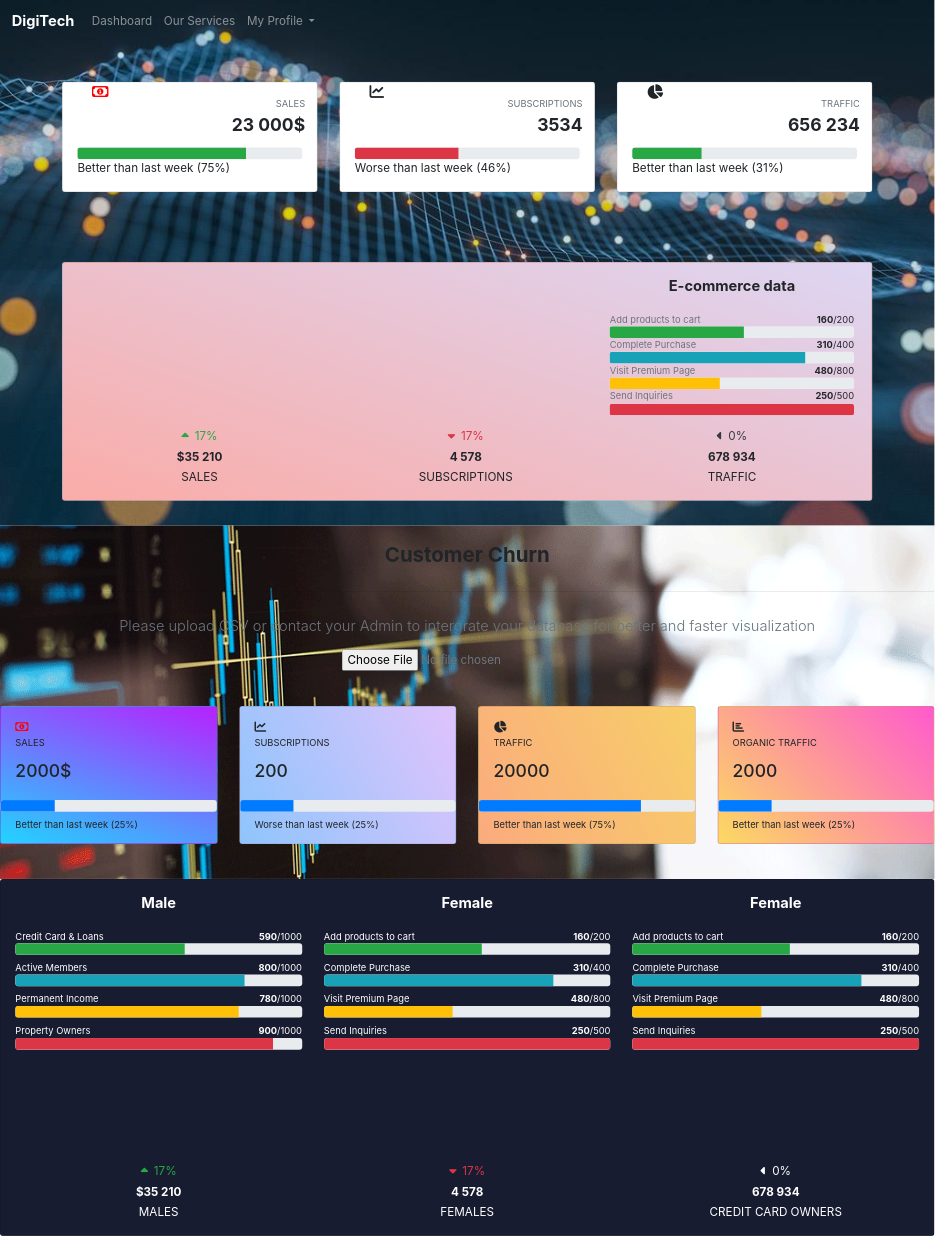
Repository: Tookliin/DigiTech
Page: /data
An editor plug-in stored every save of this project. The page is shown before and after the next save, followed by the edit.
The browser window is 1280 px wide. The page is 1295 px wide, so the pictures cover 1295 px, including what lies to the right of the window. The pictures show the whole page, at 73% of full size.
The project was rebuilt for these pictures with package versions that can differ from the ones it lists, and the page was loaded fresh each time. Also part of the build but not shown: src/components/Dashboard.vue, src/components/Profile.vue, src/components/Error.vue, src/components/Register.vue.

Above is the page before, as saved 2020-07-22 09:53:53.

After the next save:
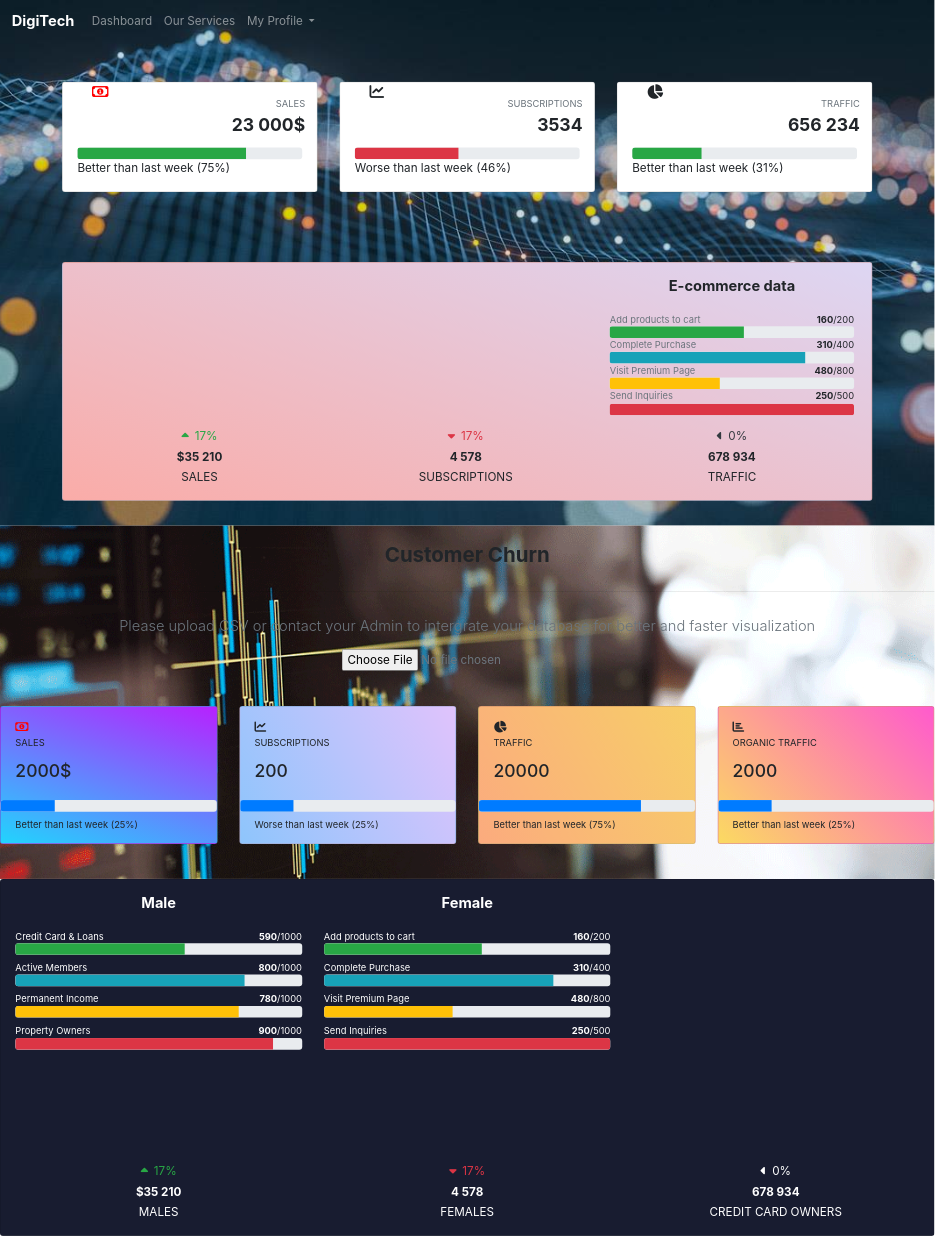
Saved 57 s later.
--- a/src/components/Organization.vue
+++ b/src/components/Organization.vue
@@ -259,48 +259,6 @@
           </div>
           <div class="progress md-progress">
             <div class="progress-bar bg-danger" role="progressbar" style="width: 90%" ></div>
-          </div>
-        </div>
-
-
-      <div class="col-md-4 mb-4">
-          <h5 class="text-center text-white font-weight-bold mb-4">Female</h5>
-          <div class="d-flex justify-content-between">
-            <small class="text-white">Add products to cart</small>
-            <small class="text-white"><span><strong>160</strong></span>/<span></span>200</small>
-          </div>
-          <div class="progress md-progress">
-            <div class="progress-bar bg-success" role="progressbar" style="width: 55%" aria-valuenow="55"
-              aria-valuemin="0" aria-valuemax="100"></div>
-          </div>
-
-          <div class="d-flex justify-content-between mt-2">
-            <small class="text-white">Complete Purchase</small>
-            <small class="text-white"><span><strong>310</strong></span>/<span></span>400</small>
-          </div>
-
-          <div class="progress md-progress">
-            <div class="progress-bar bg-info" role="progressbar" style="width: 80%" aria-valuenow="80" aria-valuemin="0"
-              aria-valuemax="100"></div>
-          </div>
-
-          <div class="d-flex justify-content-between mt-2">
-            <small class="text-white">Visit Premium Page</small>
-            <small class="text-white"><span><strong>480</strong></span>/<span></span>800</small>
-          </div>
-
-          <div class="progress md-progress">
-            <div class="progress-bar bg-warning" role="progressbar" style="width: 45%" aria-valuenow="45"
-              aria-valuemin="0" aria-valuemax="100"></div>
-          </div>
-
-          <div class="d-flex justify-content-between mt-2">
-            <small class="text-white">Send Inquiries</small>
-            <small class="text-white"><span><strong>250</strong></span>/<span></span>500</small>
-          </div>
-          <div class="progress md-progress">
-            <div class="progress-bar bg-danger" role="progressbar" style="width: 100%" aria-valuenow="100"
-              aria-valuemin="0" aria-valuemax="100"></div>
           </div>
         </div>
 

After the 4 saves that followed:
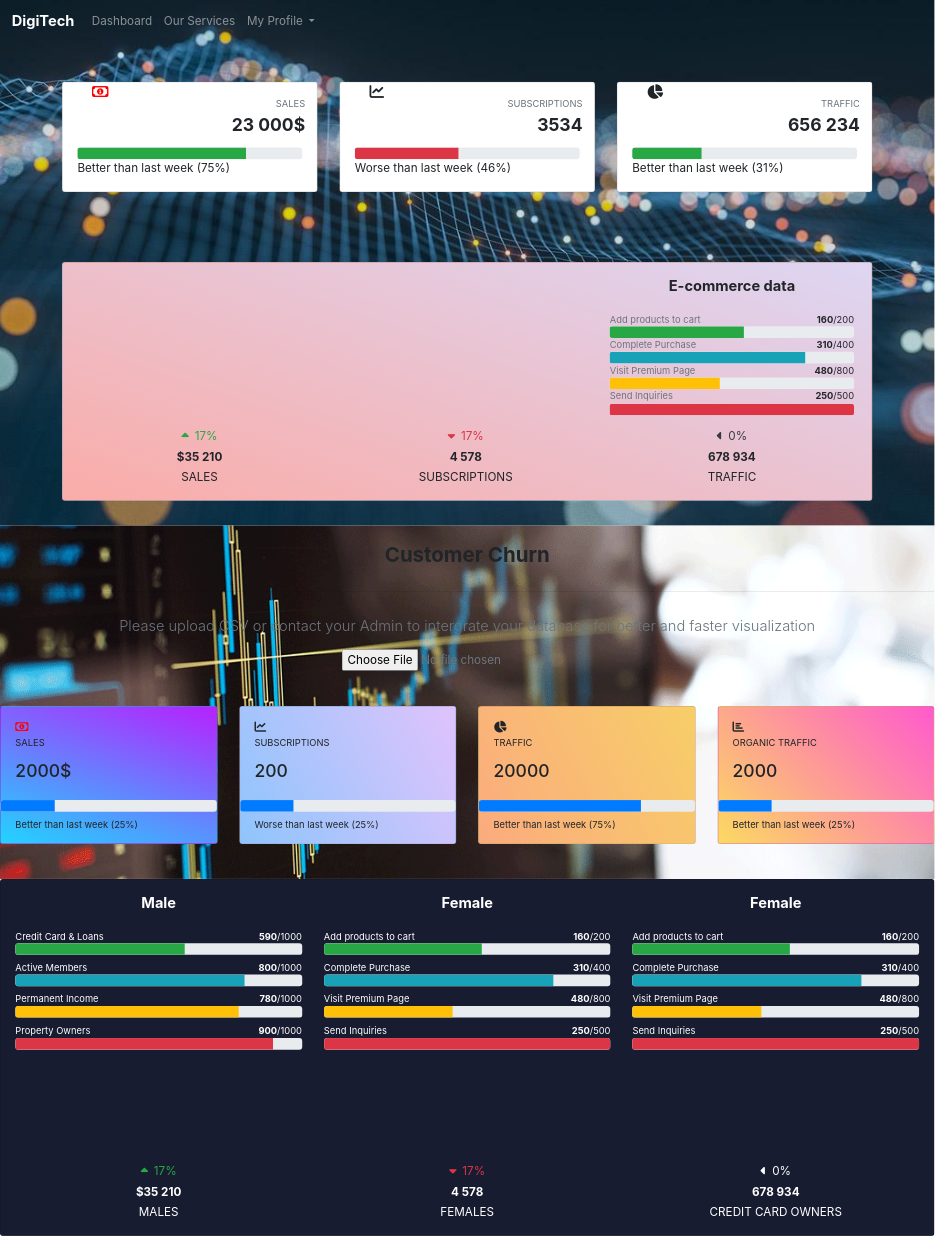
The 4 saves are shown as one change because 3 did not build or start.
The last was saved 3 min 13 s later.
--- a/src/components/Organization.vue
+++ b/src/components/Organization.vue
@@ -259,6 +259,48 @@
           </div>
           <div class="progress md-progress">
             <div class="progress-bar bg-danger" role="progressbar" style="width: 90%" ></div>
+          </div>
+        </div>
+
+
+      <div class="col-md-4 mb-4">
+          <h5 class="text-center text-white font-weight-bold mb-4">Female</h5>
+          <div class="d-flex justify-content-between">
+            <small class="text-white">Add products to cart</small>
+            <small class="text-white"><span><strong>160</strong></span>/<span></span>200</small>
+          </div>
+          <div class="progress md-progress">
+            <div class="progress-bar bg-success" role="progressbar" style="width: 55%" aria-valuenow="55"
+              aria-valuemin="0" aria-valuemax="100"></div>
+          </div>
+
+          <div class="d-flex justify-content-between mt-2">
+            <small class="text-white">Complete Purchase</small>
+            <small class="text-white"><span><strong>310</strong></span>/<span></span>400</small>
+          </div>
+
+          <div class="progress md-progress">
+            <div class="progress-bar bg-info" role="progressbar" style="width: 80%" aria-valuenow="80" aria-valuemin="0"
+              aria-valuemax="100"></div>
+          </div>
+
+          <div class="d-flex justify-content-between mt-2">
+            <small class="text-white">Visit Premium Page</small>
+            <small class="text-white"><span><strong>480</strong></span>/<span></span>800</small>
+          </div>
+
+          <div class="progress md-progress">
+            <div class="progress-bar bg-warning" role="progressbar" style="width: 45%" aria-valuenow="45"
+              aria-valuemin="0" aria-valuemax="100"></div>
+          </div>
+
+          <div class="d-flex justify-content-between mt-2">
+            <small class="text-white">Send Inquiries</small>
+            <small class="text-white"><span><strong>250</strong></span>/<span></span>500</small>
+          </div>
+          <div class="progress md-progress">
+            <div class="progress-bar bg-danger" role="progressbar" style="width: 100%" aria-valuenow="100"
+              aria-valuemin="0" aria-valuemax="100"></div>
           </div>
         </div>
 
